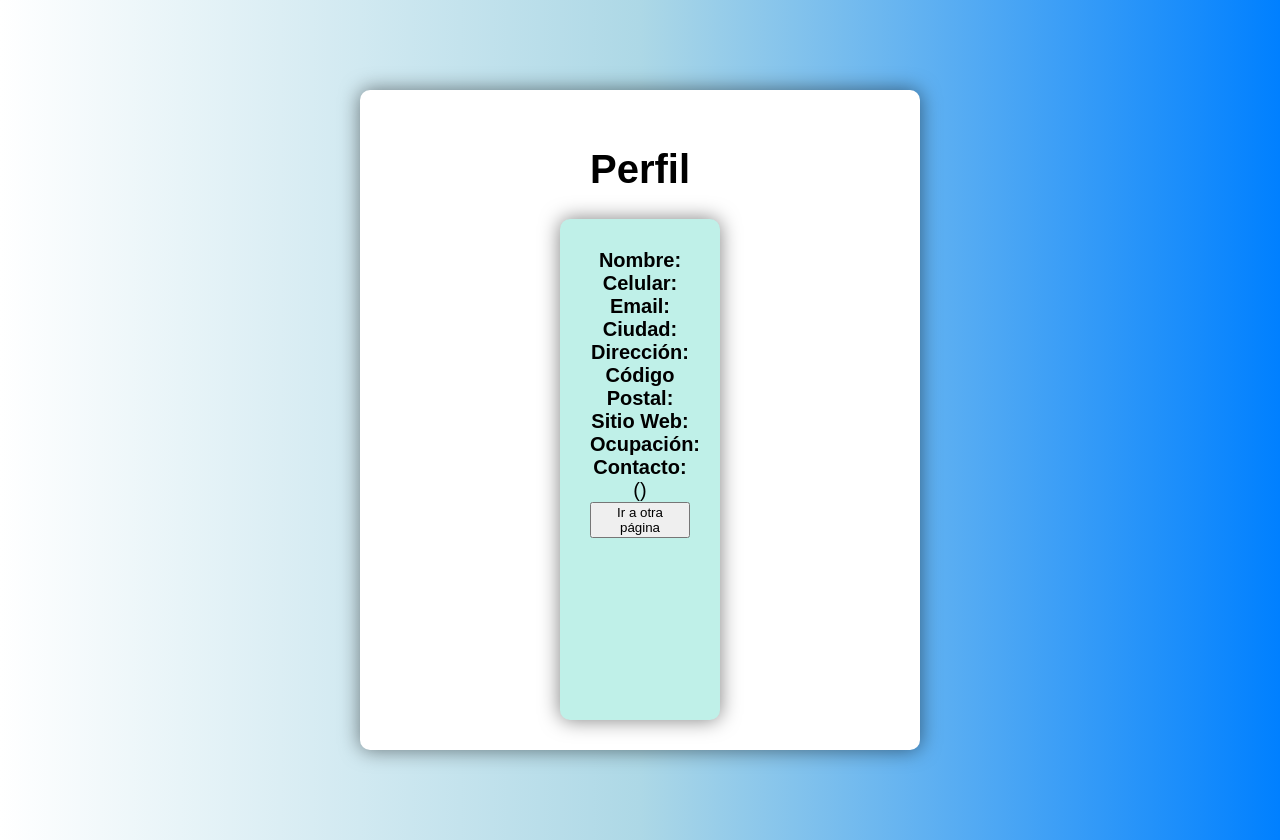
Repository: ANGELEDU141/TAREAWEBEWJASJDASJ
Page: http://localhost/JAVAWEBTAREA/WEB-INF/views/perfil.jsp
An editor plug-in stored every save of this project. The page is shown before and after the next save, followed by the edit.
The browser window is 1280 px wide. The pictures show the whole page.
The page is served by Tomcat 9. Nobody is signed in. Other server files are loaded and not shown. The template is opened directly, without the code that normally fills it, so the values that code supplies are empty.

Above is the page before, as saved 2024-09-01 11:02:10.

### JAVAWEBTAREA/src/main/webapp/WEB-INF/views/perfil.jsp
<%@ page language="java" contentType="text/html; charset=UTF-8"
    pageEncoding="UTF-8"%>
<!DOCTYPE html>
<html>
<head>
<meta charset="UTF-8">
<title>COMPANY CORP</title>
<link rel="icon" href="https://static.vecteezy.com/system/resources/previews/008/214/517/non_2x/abstract-geometric-logo-or-infinity-line-logo-for-your-company-free-vector.jpg">

<style type="text/css">

   body {
        margin: 0;
        padding: 60px;
        height: 100vh;
        display: flex;
        align-items:center;
         flex-direction: column;
        justify-content: center;
        align-items: center;
        font-family: Arial, sans-serif;
		background: linear-gradient(to right, rgb(255, 255, 255), rgb(173, 216, 230), rgb(0, 128, 255));

    }
    .container {

       width:500px;
    	height:600px;

        max-width: 600px;
        display:flex;
   		flex-direction:column;
   		align-content:center;
   		justify-content: center;
   		align-items:center;
   		padding: 30px;

        background-color: white;
        box-shadow: 0px 0px 20px rgba(0, 0, 0, 0.5);
        text-align: center;
        border-radius: 10px;
        font-size: 20px;

    }
       .quest {



   		padding: 30px;
   		border:60px;
         width:100px;
    	height:600px;
        background-color: rgba(191, 240, 232);
        box-shadow: 0px 0px 20px rgba(0, 0, 0, 0.5);
        text-align: center;
        border-radius: 10px;
        }


   		</style>


</head>
<body>
<div class="container">
        <h1>Perfil</h1>


      <div class="quest">

       <b>Nombre:</b> ${nombre}<br>
<b>Celular:</b> ${celular}<br>
<b>Email:</b> <a href="mailto:${email}">${email}</a><br>
<b>Ciudad:</b> ${ciudad}<br>
<b>Dirección:</b> ${direccion}<br>
<b>Código Postal:</b> ${codigo_postal}<br>
<b>Sitio Web:</b> <a href="${sitio_web}" target="_blank">${sitio_web}</a><br>
<b>Ocupación:</b> ${ocupacion}<br>
<b>Contacto:</b> ${contacto_nombre} (${contacto_puesto})<br>

         <button class="redirect-button" onclick="alert(window.location.href='${pageContext.request.contextPath}/concepto');">Ir a otra página</button>



        </div>
 </div>
</body>
</html>

After the next save:
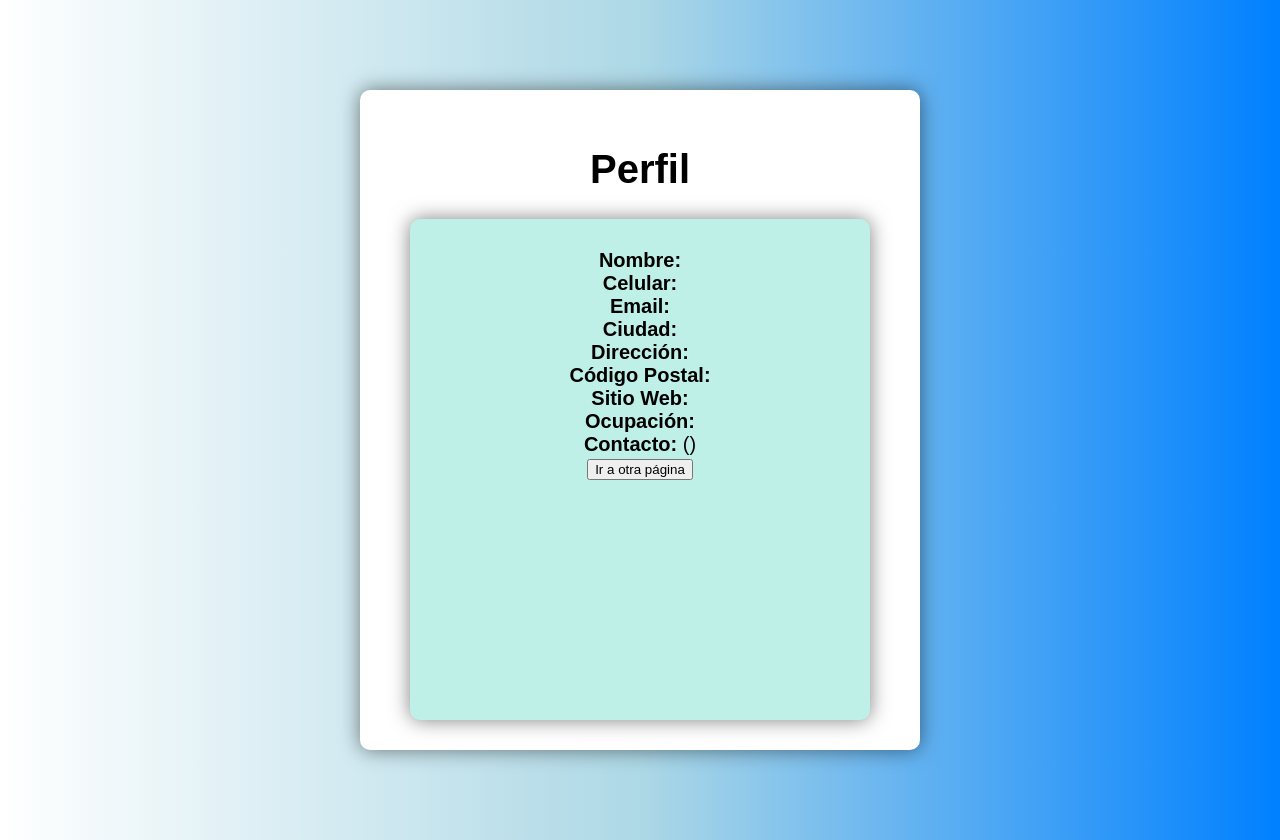
Saved 12 s later.
--- a/JAVAWEBTAREA/src/main/webapp/WEB-INF/views/perfil.jsp
+++ b/JAVAWEBTAREA/src/main/webapp/WEB-INF/views/perfil.jsp
@@ -48,7 +48,7 @@
 
    		padding: 30px;
    		border:60px;
-         width:100px;
+         width:400px;
     	height:600px;
         background-color: rgba(191, 240, 232);
         box-shadow: 0px 0px 20px rgba(0, 0, 0, 0.5);
